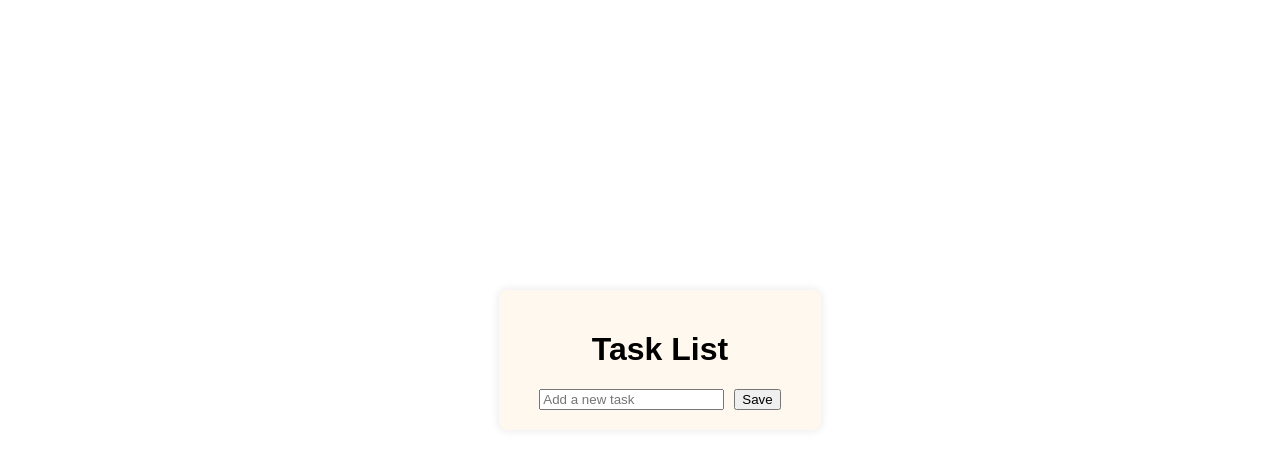
Repository: lpcmendoza/frontend-lab4
Page: /
The author's editor kept a copy of each file at every save. The page is drawn from the files as they stood at one save, then again after the next save.
The browser window is 1280 px wide. The pictures show the whole page.
The project was rebuilt for these pictures with package versions that can differ from the ones it lists, and the page was loaded fresh each time. Also part of the build but not shown: vite.config.js, src/index.css.

Above is the page before, as saved 2024-10-19 18:58:12.

### src/App.jsx
import React from 'react';
import TaskList from './components/TaskList';
import './App.css'; // Ensure your styles are imported

const App = () => {
    return (
        <div className="container">
            <TaskList />
        </div>
    );
};

export default App;

### src/components/TaskList.jsx
import React, { useState, useEffect } from 'react';

const TaskList = () => {
    const [tasks, setTasks] = useState([]);
    const [inputValue, setInputValue] = useState('');

    // Load tasks from local storage when the component mounts
    useEffect(() => {
        const savedTasks = localStorage.getItem('tasks');
        if (savedTasks) {
            setTasks(JSON.parse(savedTasks));
        }
    }, []);

    // Save tasks to local storage whenever they change
    useEffect(() => {
        localStorage.setItem('tasks', JSON.stringify(tasks));
    }, [tasks]);

    const addTask = () => {
        if (inputValue.trim() !== '') {
            setTasks([...tasks, { text: inputValue, completed: false }]);
            setInputValue(''); // Clear input after adding task
        }
    };

    const toggleTaskCompletion = (index) => {
        const updatedTasks = tasks.map((task, i) =>
            i === index ? { ...task, completed: !task.completed } : task
        );
        setTasks(updatedTasks);
    };

    const removeTask = (index) => {
        const updatedTasks = tasks.filter((_, i) => i !== index);
        setTasks(updatedTasks);
    };

    return (
        <div>
            <h1>Task List</h1>
            <input
                type="text"
                value={inputValue}
                onChange={(e) => setInputValue(e.target.value)}
                placeholder="Add a new task"
            />
            <button onClick={addTask}>Save</button>

            <ul style={{ listStyleType: 'none', padding: 0 }}>
                {tasks.map((task, index) => (
                    <li key={index} style={{ display: 'flex', alignItems: 'center' }}>
                        <input
                            type="checkbox"
                            checked={task.completed}
                            onChange={() => toggleTaskCompletion(index)}
                            style={{ marginRight: '10px' }}
                        />
                        <span
                            style={{
                                textDecoration: task.completed ? 'line-through' : 'none',
                                flexGrow: 1, // Make the span take up available space
                            }}
                        >
                            {task.text}
                        </span>
                        <button onClick={() => removeTask(index)}>Remove</button>
                    </li>
                ))}
            </ul>
        </div>
    );
};

export default TaskList;

### src/App.css
/* App.css */

body {
  font-family: Arial, sans-serif;
  margin: 0; /* Remove default margin */
  height: 100vh; /* Make body full height */
  display: flex; /* Use flexbox */
  justify-content: center; /* Center horizontally */
  align-items: center; /* Center vertically */
}

.container {
  text-align: center; /* Center text inside the container */
  width: 100%; /* Full width for the container */
  max-width: 400px; /* Set a maximum width for the task list */
  padding: 20px; /* Add some padding */
  box-shadow: 0 0 10px rgba(0, 0, 0, 0.1); /* Optional: Add some shadow for aesthetics */
  border-radius: 8px; /* Optional: Rounded corners */
  background-color: #FEF8EF; /* Optional: White background for better contrast */
}

ul {
  list-style-type: none; /* Remove bullet points */
  padding: 0; /* Remove padding */
  margin: 0; /* Remove margin */
}

li {
  display: flex; /* Use flexbox to align items */
  align-items: center; /* Center vertically */
  margin: 10px 0; /* Space between tasks */
}

button {
  margin-left: 10px; /* Space between checkbox and button */
}

Loaded but not shown: index.html (common file); src/main.jsx (common file)

After the next save:
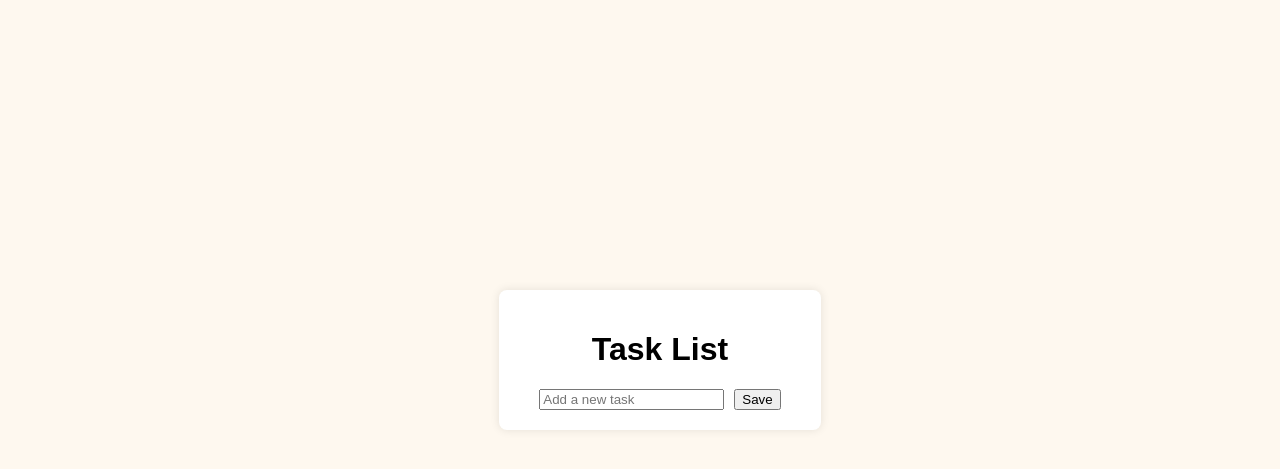
Saved 25 s later.
--- a/src/App.css
+++ b/src/App.css
@@ -7,6 +7,7 @@ body {
   display: flex; /* Use flexbox */
   justify-content: center; /* Center horizontally */
   align-items: center; /* Center vertically */
+  background-color: #FEF8EF;
 }
 
 .container {
@@ -16,7 +17,7 @@ body {
   padding: 20px; /* Add some padding */
   box-shadow: 0 0 10px rgba(0, 0, 0, 0.1); /* Optional: Add some shadow for aesthetics */
   border-radius: 8px; /* Optional: Rounded corners */
-  background-color: #FEF8EF; /* Optional: White background for better contrast */
+  background-color: #fff; /* Optional: White background for better contrast */
 }
 
 ul {
